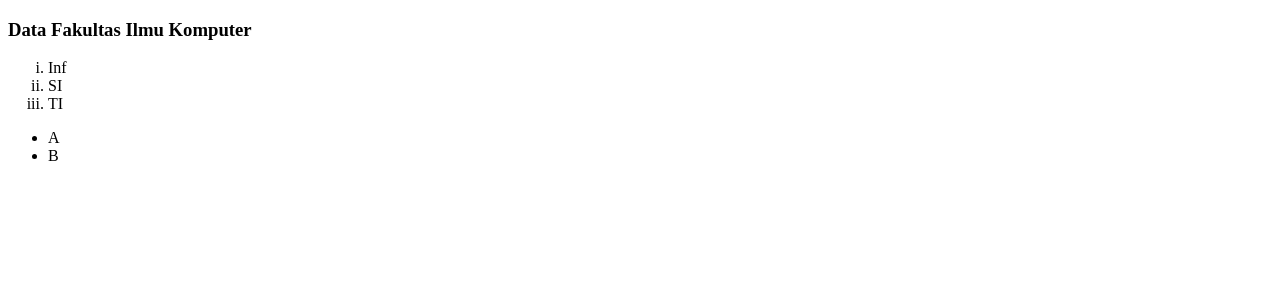
Repository: Fadli55/Pertemuan-4
Page: challenge_24116230.html
These files come from the project's save history. The page is drawn as it stood at one moment and after the next save; the edit follows.
The browser window is 1280 px wide. The pictures show the whole page.

Above is the page before, as saved 2026-04-16 01:21:35.

After the next save:
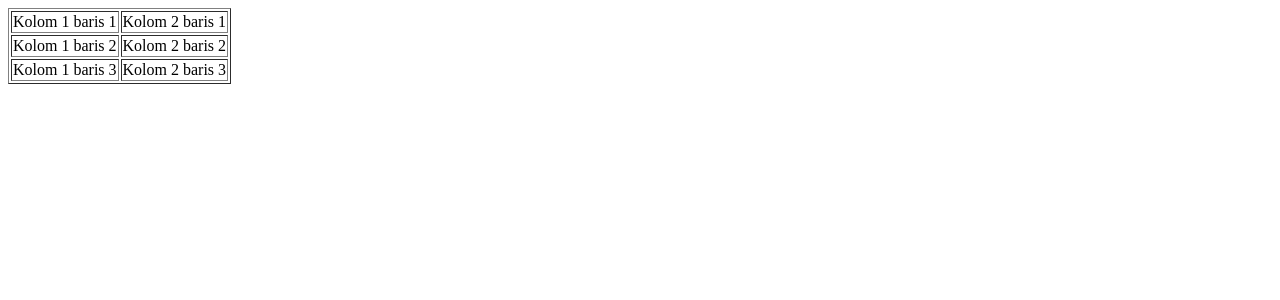
Saved 4 min 39 s later.
--- a/challenge_24116230.html
+++ b/challenge_24116230.html
@@ -6,16 +6,19 @@
     <title>Document</title>
 </head>
 <body>
-    <h3>Data Fakultas Ilmu Komputer</h3>
-    <ol type="i">
-        <li>Inf</li>
-        <li>SI</li>
-        <li>TI</li>
-    </ol>
-
-    <ul>
-        <li>A</li>
-        <li>B</li>
-    </ul>
+    <table border="1">
+        <tr>
+            <td>Kolom 1 baris 1</td>
+            <td>Kolom 2 baris 1</td>
+        </tr>
+        <tr>
+            <td>Kolom 1 baris 2</td>
+            <td>Kolom 2 baris 2</td>
+        </tr>
+        <tr>
+            <td>Kolom 1 baris 3</td>
+            <td>Kolom 2 baris 3</td>
+        </tr>
+    </table>
 </body>
 </html>
